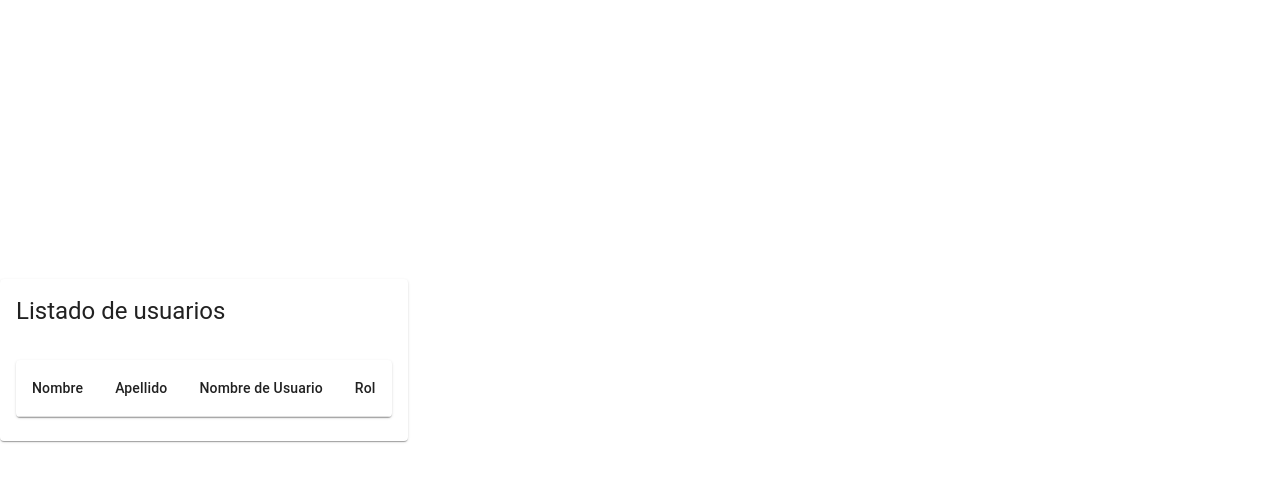
Repository: Mpablom/usuarioCaC-integrador-final-front
Page: /usuarios
The author's editor kept a copy of each file at every save. The page is drawn from the files as they stood at one save, then again after the next save.
The browser window is 1280 px wide. The pictures show the whole page.
The page's requests for data from a server got no answer. The project was rebuilt for these pictures with package versions that can differ from the ones it lists, and the page was loaded fresh each time. No one was signed in, and anything a server would have sent is missing. Also part of the build but not shown: vite.config.ts, src/components/Login.tsx.

Above is the page before, as saved 2024-07-10 23:22:42.

After the next save:
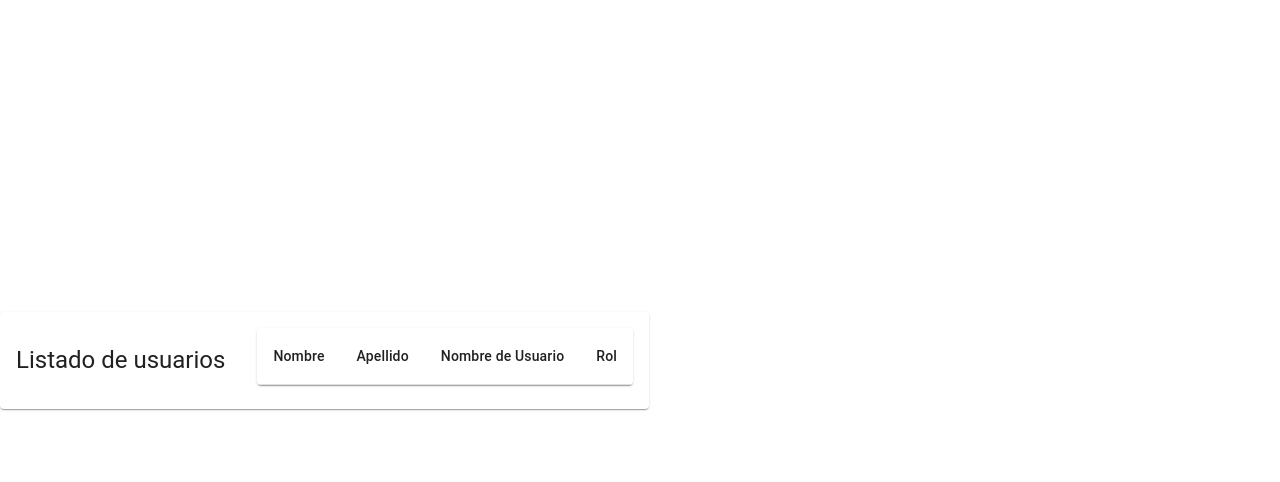
Saved 12 s later.
--- a/src/components/UsuariosTable.tsx
+++ b/src/components/UsuariosTable.tsx
@@ -31,7 +31,7 @@
   }, []);
 
   return (
-    <Card sx={{ display: "flex", flexDirection: "column" }}>
+    <Card sx={{ display: "flex", justifyContent: "center" }}>
       <CardHeader title="Listado de usuarios" />
       <CardContent>
         <TableContainer component={Paper}>

After the 3 saves that followed:
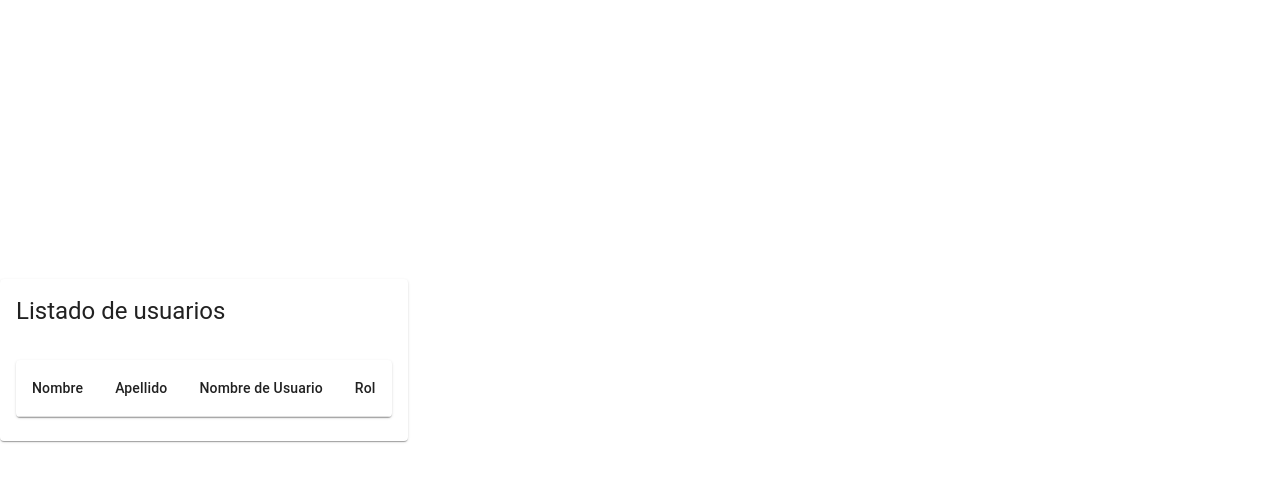
The 3 saves are shown as one change because 2 left the picture as it was.
The last was saved 60 s later.
--- a/src/components/UsuariosTable.tsx
+++ b/src/components/UsuariosTable.tsx
@@ -31,7 +31,7 @@
   }, []);
 
   return (
-    <Card sx={{ display: "flex", justifyContent: "center" }}>
+    <Card sx={{ maxWidth: 700 }}>
       <CardHeader title="Listado de usuarios" />
       <CardContent>
         <TableContainer component={Paper}>
